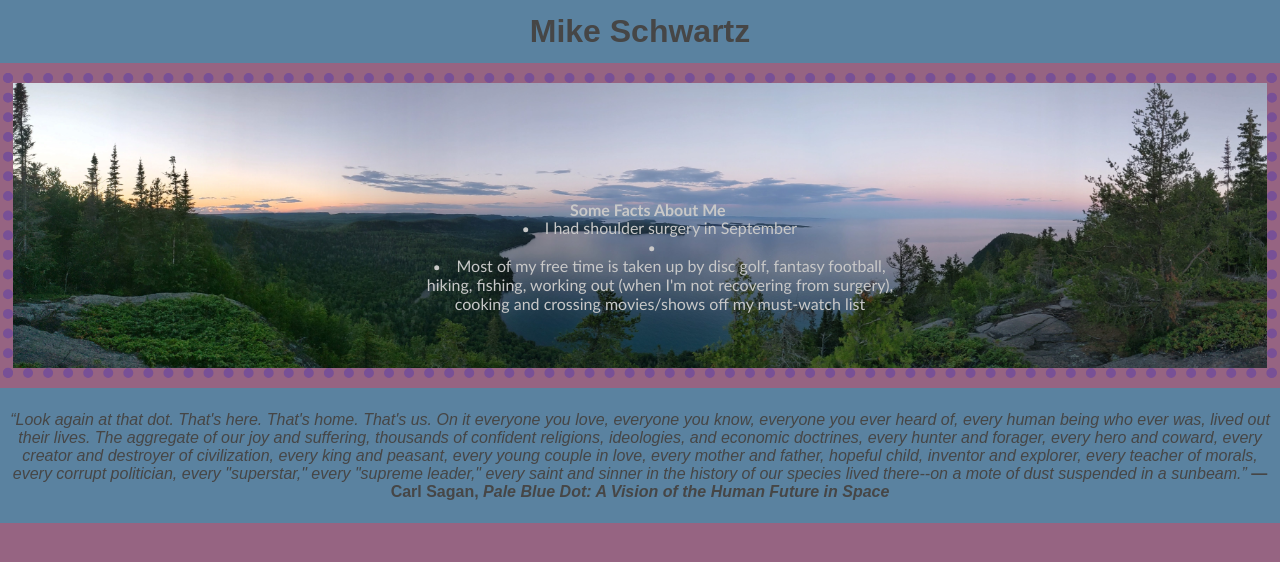
Repository: Ellusionism/prime-pw-week-1-assignment
Page: assignment/index.html
These files come from the project's save history. The page is drawn as it stood at one moment and after the next save; the edit follows.
The browser window is 1280 px wide. The pictures show the whole page.

Above is the page before, as saved 2022-10-26 17:02:36.

After the next save:
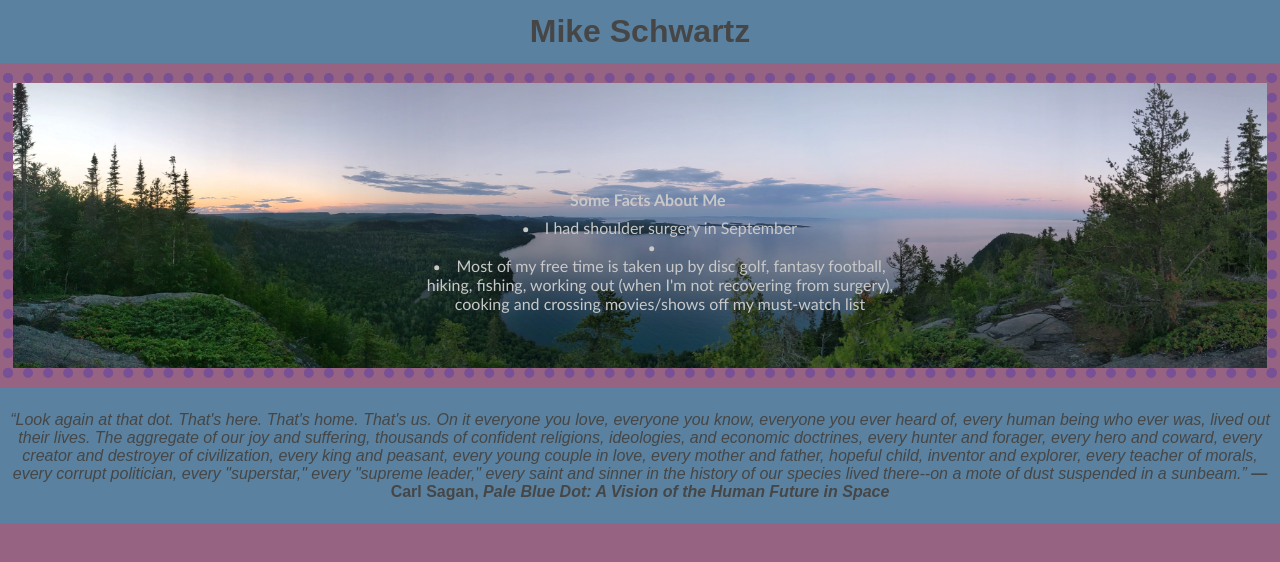
Saved 5 min 32 s later.
--- a/assignment/style.css
+++ b/assignment/style.css
@@ -50,7 +50,7 @@ header {
  position: absolute;
  top: 50%;
  left: 50%;
- transform: translate(-45%, -250%);
+ transform: translate(-45%, -300%);
 }
 
 .facts-list {
